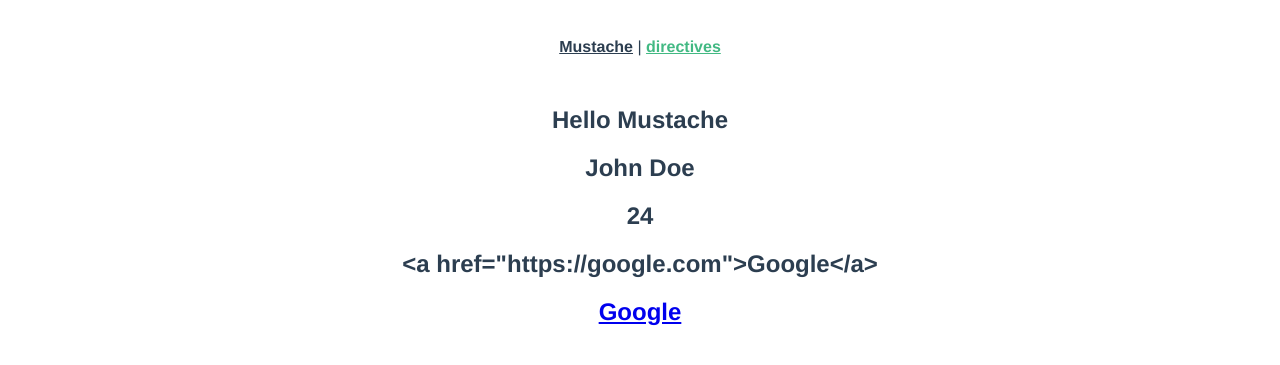
Repository: yeyanghui0616/my-vue2-learning
Page: /directives
An editor plug-in stored every save of this project. The page is shown before and after the next save, followed by the edit.
The browser window is 1280 px wide. The pictures show the whole page.
The project was rebuilt for these pictures with package versions that can differ from the ones it lists, and the page was loaded fresh each time. Also part of the build but not shown: src/views/Mustache.vue.

Above is the page before, as saved 2023-08-30 21:19:09.

### src/App.vue
<template>
	<div id="app">
		<div id="nav">
			<router-link to="/">Mustache</router-link> |
			<router-link to="/directives">directives</router-link>
		</div>
		<router-view />
	</div>
</template>

<style lang="scss">
#app {
	font-family: Avenir, Helvetica, Arial, sans-serif;
	-webkit-font-smoothing: antialiased;
	-moz-osx-font-smoothing: grayscale;
	text-align: center;
	color: #2c3e50;
}

#nav {
	padding: 30px;

	a {
		font-weight: bold;
		color: #2c3e50;

		&.router-link-exact-active {
			color: #42b983;
		}
	}
}
</style>

### src/router/index.js
import Vue from "vue";
import VueRouter from "vue-router";
import Mustache from "../views/Mustache.vue";

Vue.use(VueRouter);

const routes = [
	{
		path: "/",
		name: "Mustache",
		component: Mustache,
	},
	{
		path: "/directives",
		name: "directives",
		component: () => import("../views/directives.vue"),
	},
];

const router = new VueRouter({
	mode: "history",
	base: process.env.BASE_URL,
	routes,
});

export default router;

### src/views/directives.vue
<template>
	<div>
		<!-- TODO Mustache -->
		<h2>Hello {{ name }}</h2>
		<h2>{{ firstName }} {{ lastName }}</h2>
		<h2>{{ counter * 2 }}</h2>
		<!-- TODO v-html -->
		<h2>{{ link }}</h2>
		<h2 v-html="link"></h2>
	</div>
</template>

<script>
export default {
	data() {
		return {
			name: "Mustache",
			firstName: "John",
			lastName: "Doe",
			counter: 12,
			link: '<a href="https://google.com">Google</a>',
		};
	},

	methods: {},
};
</script>

<style lang="scss"></style>

Loaded but not shown: public/index.html (common file); src/main.js (common file); src/store/index.js (common file)

After the next save:
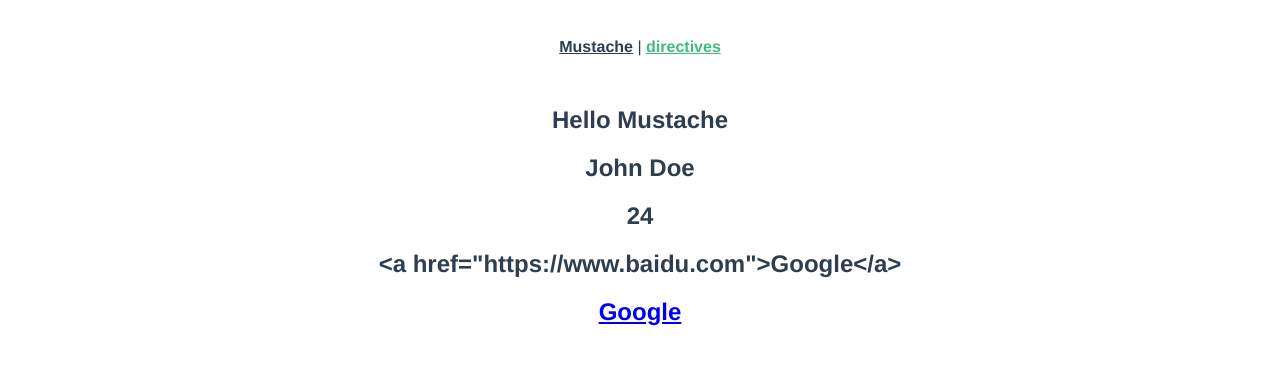
Saved 9 s later.
--- a/src/views/directives.vue
+++ b/src/views/directives.vue
@@ -18,7 +18,7 @@ export default {
 			firstName: "John",
 			lastName: "Doe",
 			counter: 12,
-			link: '<a href="https://google.com">Google</a>',
+			link: '<a href="https://www.baidu.com">Google</a>',
 		};
 	},
 
